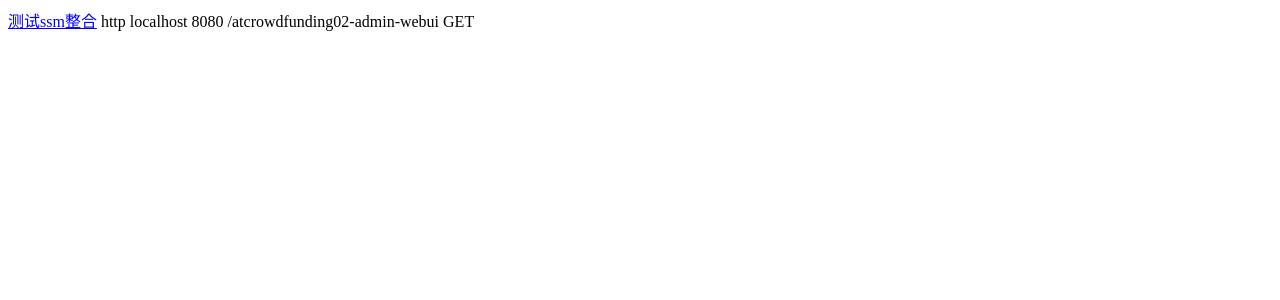
Repository: sk370/01.raise-funds
Page: http://localhost/atcrowdfunding02-admin-webui/
These files come from the project's save history. The page is drawn as it stood at one moment and after the next save; the edit follows.
The browser window is 1280 px wide. The pictures show the whole page.
The page is served by Tomcat 9. Nobody is signed in. The application's start-up code is not run.

Above is the page before, as saved 2022-08-31 08:08:14.

### atcrowdfunding01-admin-parent/atcrowdfunding02-admin-webui/src/main/webapp/index.jsp
<%@ page language="java" contentType="text/html; charset=UTF-8"
    pageEncoding="UTF-8"%>
<!DOCTYPE html>
<html>
<head>
<meta charset="UTF-8">
<title>Insert title here</title>
<base href=""/>
</head>
<body>
	<a href="${pageContext.request.contextPath}/test/ssm.html">测试ssm整合</a>



${pageContext.request.scheme }
${ pageContext.request.serverName}
${ pageContext.request.serverPort}
${ pageContext.request.contextPath}
${ pageContext.request.method}




</body>
</html>

After the next save:
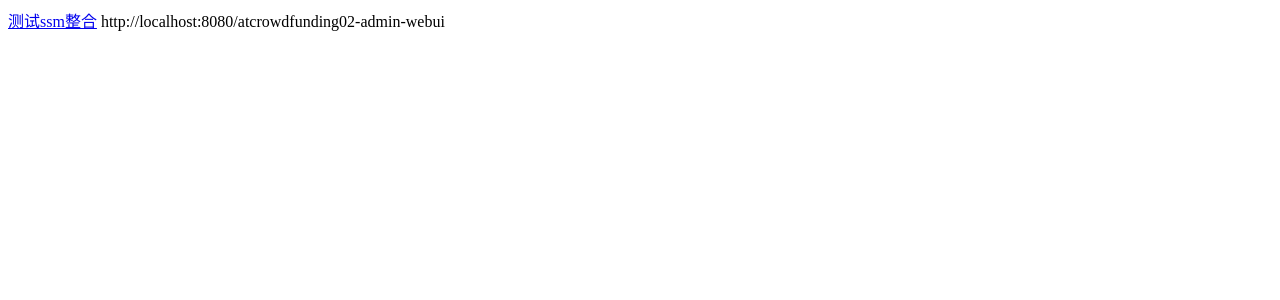
Saved 4 min 1 s later.
--- a/atcrowdfunding01-admin-parent/atcrowdfunding02-admin-webui/src/main/webapp/index.jsp
+++ b/atcrowdfunding01-admin-parent/atcrowdfunding02-admin-webui/src/main/webapp/index.jsp
@@ -5,18 +5,13 @@
 <head>
 <meta charset="UTF-8">
 <title>Insert title here</title>
-<base href=""/>
+<base href="${pageContext.request.scheme }://${ pageContext.request.serverName}:${ pageContext.request.serverPort}${ pageContext.request.contextPath}"/>
 </head>
 <body>
 	<a href="${pageContext.request.contextPath}/test/ssm.html">测试ssm整合</a>
 
 
-
-${pageContext.request.scheme }
-${ pageContext.request.serverName}
-${ pageContext.request.serverPort}
-${ pageContext.request.contextPath}
-${ pageContext.request.method}
+${pageContext.request.scheme }://${ pageContext.request.serverName}:${ pageContext.request.serverPort}${ pageContext.request.contextPath}
 
 
 
